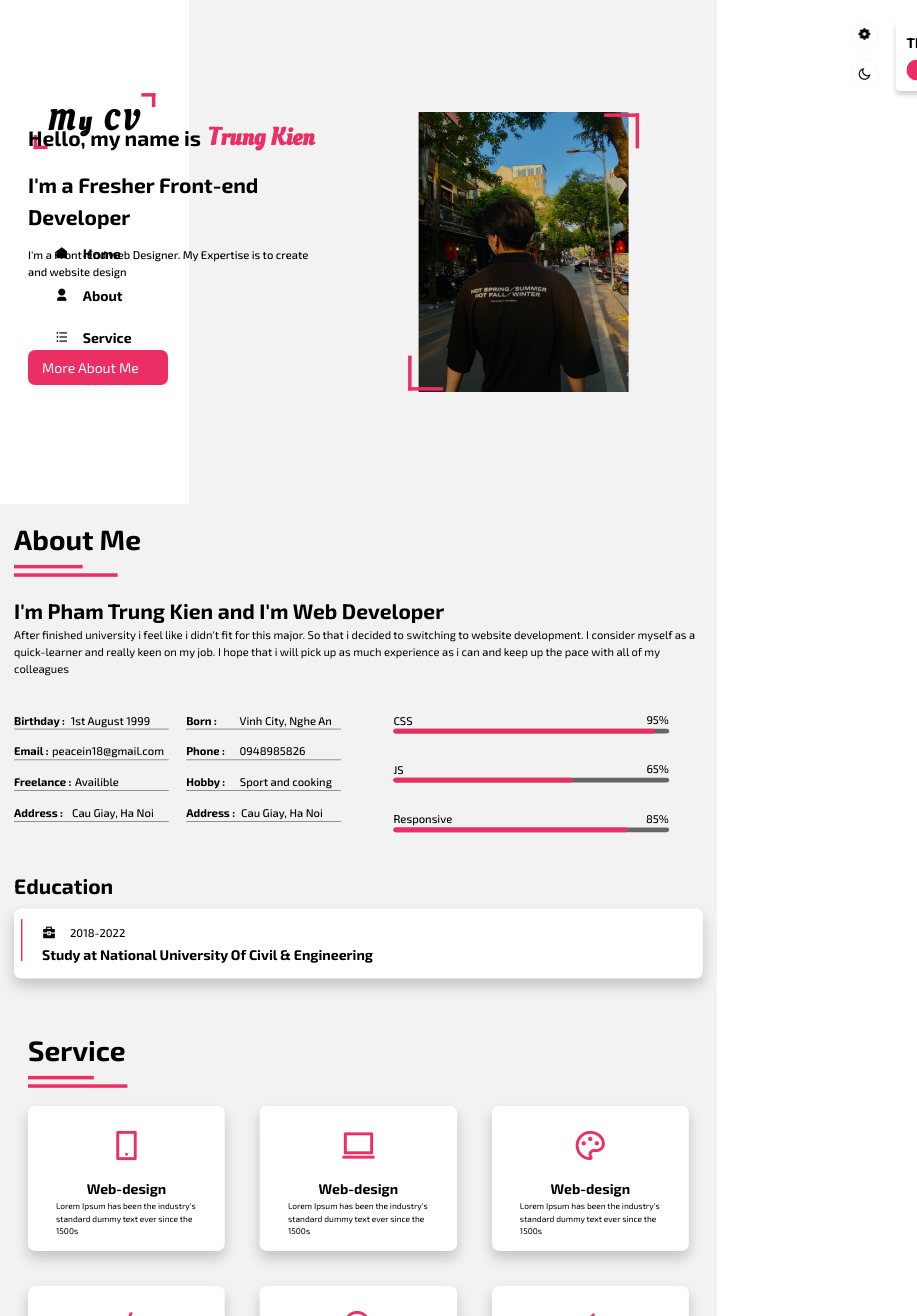
Repository: kien181999/First-Project
Page: index.html
An editor plug-in stored every save of this project. The page is shown before and after the next save, followed by the edit.
The browser window is 1280 px wide. The page is 1280 px wide, then 1310 px, so the pictures cover 1310 px, including what lies to the right of the window. The pictures show the part of the page from y = 0 to 1880 px (the page is 2917 px tall), at 70% of full size.
The style sheet was rebuilt from its Sass, Less or Tailwind sources for each picture, by a compiler version that may differ from the author's.

Above is the page before, as saved 2022-06-05 00:45:49.

### index.html
<!DOCTYPE html>
<html lang="en">

<head>
    <meta charset="UTF-8">
    <meta http-equiv="X-UA-Compatible" content="IE=edge">
    <meta name="viewport" content="width=device-width, initial-scale=1.0">
    <link rel="stylesheet" href="./css/style.css">
    <link href="https://cdn.jsdelivr.net/npm/remixicon@2.5.0/fonts/remixicon.css" rel="stylesheet">
    <title>Document</title>
</head>

<body>

    <div class="container">
        <div class="sidebar">
            <div class="sidebar-title">
                <h1 class="heading-1">My CV</h1>
            </div>
            <div class="sidebar-menu">
                <ul class="sidebar-list">
                    <li class="sidebar-item">
                        <a href="" class="sidebar-link">
                            <i class="ri-home-fill sidebar-icon"></i>
                            <h3 class="heading-3">Home</h3>
                        </a>
                    </li>
                    <li class="sidebar-item">
                        <a href="" class="sidebar-link">
                            <i class="ri-user-3-fill sidebar-icon"></i>
                            <h3 class="heading-3">About</h3>
                        </a>
                    </li>
                    <li class="sidebar-item">
                        <a href="" class="sidebar-link">
                            <i class="ri-list-unordered sidebar-icon"></i>
                            <h3 class="heading-3">Service</h3>
                        </a>
                    </li>
                    <li class="sidebar-item">
                        <a href="" class="sidebar-link">
                            <i class="ri-wechat-line sidebar-icon"></i>
                            <h3 class="heading-3">Contact</h3>
                        </a>
                    </li>
                </ul>
            </div>
        </div>
        <div class="content">
            <section class="home section hidden">
                <div class="home-text">
                    <div class="home-name">
                        <h2 class="heading-2">Hello, my name is </h2>

                        <h2 class="heading-2-secondary">Trung Kien</h2>
                    </div>
                    <div class="home-job">
                        <h2 class="heading-2">I'm a Fresher Front-end Developer</h2>
                    </div>
                    <div class="home-describe">
                        <h4 class="heading-4">I'm a Front-End web Designer. My Expertise is to create and website design
                        </h4>
                    </div>
                    <a href="#contact" class="home-btn">More About Me</a>

                </div>
                <div class="home-img">
                    <img src="./image/IMG_4900.jpeg" alt="" class="home-jpg">
                </div>
            </section>
            <section class="about section hidden">
                <div class="about-title">
                    <h2 class="heading-1-secondary">About Me</h2>
                </div>
                <div class="about-describe">
                    <h3 class="heading-2">I'm Pham Trung Kien and I'm Web Developer</h3>
                    <span class="about-span">
                        After finished university i feel like i didn't fit for this major. So that i decided to
                        switching to website development. I consider myself as a quick-learner and really keen on my
                        job. I hope that i will pick up as much experience as i can and keep up the pace with all of my
                        colleagues
                    </span>
                </div>
                <div class="about-infor">
                    <div class="about-bio">
                        <ul class="about-list">
                            <li class="about-item">
                                <h4 class="heading-4-secondary">Birthday :</h4>
                                <h4 class="heading-4">&nbsp;1st August 1999</h4>
                            </li>
                            <li class="about-item">
                                <h4 class="heading-4-secondary">Born :</h4>
                                <h4 class="heading-4">&emsp;&ensp;&nbsp;Vinh City, Nghe An</h4>
                            </li>
                            <li class="about-item">
                                <h4 class="heading-4-secondary">Email :</h4>
                                <h4 class="heading-4"> peacein18@gmail.com</h4>
                            </li>
                            <li class="about-item">
                                <h4 class="heading-4-secondary">Phone :</h4>
                                <h4 class="heading-4">&emsp;0948985826</h4>
                            </li>
                            <li class="about-item">
                                <h4 class="heading-4-secondary">Freelance :</h4>
                                <h4 class="heading-4">Availible</h4>
                            </li>
                            <li class="about-item">
                                <h4 class="heading-4-secondary">Hobby :</h4>
                                <h4 class="heading-4">&emsp;Sport and cooking</h4>
                            </li>
                            <li class="about-item">
                                <h4 class="heading-4-secondary">Address :</h4>
                                <h4 class="heading-4">&ensp;Cau Giay, Ha Noi</h4>
                            </li>
                            <li class="about-item">
                                <h4 class="heading-4-secondary">Address :</h4>
                                <h4 class="heading-4">&nbsp;Cau Giay, Ha Noi</h4>
                            </li>
                        </ul>
                        <div class="about-ability">
                            <div class="about-ability__item">
                                <h4 class="heading-4">CSS</h4>
                                <div class="about-ability__percent">
                                    <div class="about-ability__progress" style="width: 95%"></div>
                                    <h4 class="heading-4 about-ability__number">95%</h4>
                                </div>
                            </div>
                            <div class="about-ability__item">
                                <h4 class="heading-4">JS</h4>
                                <div class="about-ability__percent">
                                    <div class="about-ability__progress" style="width: 65%"></div>
                                    <h4 class="heading-4 about-ability__number">65%</h4>
                                </div>
                            </div>
                            <div class="about-ability__item">
                                <h4 class="heading-4">Responsive</h4>
                                <div class="about-ability__percent">
                                    <div class="about-ability__progress" style="width: 85%"></div>
                                    <h4 class="heading-4 about-ability__number">85%</h4>
                                </div>
                            </div>
                        </div>
                    </div>
                </div>
                <div class="about-education">
                    <div class="about-education__title">
                        <h2 class="heading-2">Education</h2>
                    </div>
                    <div class="about-education__bio">
                        <div class="about-education__infor">
                            <div class="about-education__timeline">
                                <i class="ri-briefcase-4-fill about-education__icon "></i>
                                <h4 class="heading-4">2018-2022</h4>
                            </div>
                            <div class="about-education-name">
                                <h3 class="heading-3">Study at National University Of Civil & Engineering</h3>
                            </div>
                        </div>
                    </div>
                </div>
            </section>
            <section class="service section hidden">
                <div class="service-title">
                    <h2 class="heading-1-secondary">Service</h2>
                </div>
                <div class="service-list">
                    <div class="service-item">
                        <div class="service-icon">
                            <i class="ri-smartphone-line"></i>
                        </div>
                        <div class="service-name">
                            <h3 class="heading-3">
                                Web-design
                            </h3>
                        </div>
                        <div class="service-info">
                            <span class="service-span">
                                Lorem Ipsum has been the industry's standard dummy text ever since the 1500s
                            </span>
                        </div>
                    </div>
                    <div class="service-item">
                        <div class="service-icon">
                            <i class="ri-macbook-line"></i>
                        </div>
                        <div class="service-name">
                            <h3 class="heading-3">
                                Web-design
                            </h3>
                        </div>
                        <div class="service-info">
                            <span class="service-span">
                                Lorem Ipsum has been the industry's standard dummy text ever since the 1500s
                            </span>
                        </div>
                    </div>
                    <div class="service-item">
                        <div class="service-icon">
                            <i class="ri-palette-line"></i>
                        </div>
                        <div class="service-name">
                            <h3 class="heading-3">
                                Web-design
                            </h3>
                        </div>
                        <div class="service-info">
                            <span class="service-span">
                                Lorem Ipsum has been the industry's standard dummy text ever since the 1500s
                            </span>
                        </div>
                    </div>
                    <div class="service-item">
                        <div class="service-icon">
                            <i class="ri-code-s-slash-fill"></i>
                        </div>
                        <div class="service-name">
                            <h3 class="heading-3">
                                Web-design
                            </h3>
                        </div>
                        <div class="service-info">
                            <span class="service-span">
                                Lorem Ipsum has been the industry's standard dummy text ever since the 1500s
                            </span>
                        </div>
                    </div>
                    <div class="service-item">
                        <div class="service-icon">
                            <i class="ri-search-line"></i>
                        </div>
                        <div class="service-name">
                            <h3 class="heading-3">
                                Web-design
                            </h3>
                        </div>
                        <div class="service-info">
                            <span class="service-span">
                                orem Ipsum is simply dummy text of the printing and typesetting industry.
                            </span>
                        </div>
                    </div>
                    <div class="service-item">
                        <div class="service-icon">
                            <i class="ri-volume-down-fill"></i>
                        </div>
                        <div class="service-name">
                            <h3 class="heading-3">
                                Web-design
                            </h3>
                        </div>
                        <div class="service-info">
                            <span class="service-span">
                                orem Ipsum is simply dummy text of the printing and typesetting industry.
                            </span>
                        </div>
                    </div>

                </div>
            </section>
            <section class="contact section">
                <div class="contact-title">
                    <h1 class="heading-1-secondary">Contact Me</h1>
                </div>
                <div class="contact-content">
                    <div class="contact-question">
                        <h2 class="heading-2-primary">Have You Any Question ?</h2>
                        <h3 class="heading-3">I'm At Your Services</h3>
                    </div>
                    <div class="contact-list">
                        <div class="contact-link">
                            <div class="contact-icon">
                                <i class="ri-phone-fill"></i>
                            </div>
                            <div class="contact-name">
                                <h4 class="heading-4-secondary">Contact Me On</h4>
                            </div>
                            <div class="contact-address">
                                <h4 class="heading-4">0948985826</h4>
                            </div>
                        </div>
                        <div class="contact-link">
                            <div class="contact-icon">
                                <i class="ri-map-pin-2-fill"></i>
                            </div>
                            <div class="contact-name">
                                <h4 class="heading-4-secondary">Location</h4>
                            </div>
                            <div class="contact-address">
                                <h4 class="heading-4">Cau Giay,Ha Noi</h4>
                            </div>
                        </div>
                        <div class="contact-link">
                            <div class="contact-icon">
                                <i class="ri-mail-line"></i>
                            </div>
                            <div class="contact-name">
                                <h4 class="heading-4-secondary">Email</h4>
                            </div>
                            <div class="contact-address">
                                <h4 class="heading-4">peacein18@gmail.com</h4>
                            </div>
                        </div>
                        <div class="contact-link">
                            <div class="contact-icon">
                                <i class="ri-global-line"></i>
                            </div>
                            <div class="contact-name">
                                <h4 class="heading-4-secondary">Website</h4>
                            </div>
                            <div class="contact-address">
                                <h4 class="heading-4">0948985826</h4>
                            </div>
                        </div>
                    </div>
                    <h2 class="heading-2-primary contact-title" style="margin-bottom: 0rem;">Send Me A Email</h2>
                    <h3 class="heading-3 contact-sub-title" style="margin-bottom: 3rem;">I'm Very Resposive To Message</h3>
                    <div class="contact-form">
                        <div class="contact-form__item">
                            <input type="text" class="contact-form__control" placeholder="Name">
                        </div>
                        <div class="contact-form__item">
                            <input type="email" class="contact-form__control" placeholder="Email">
                        </div>
                    </div>
                    <div class="contact-form">
                        <textarea name="text" class="contact-form__message" id="" placeholder="Message"></textarea>
                    </div>
                    <a href="" class="contact-btn">Send Me</a>
                </div>
            </section>
        </div>
        <div class="style-switcher">
            <div class="style-switcher-toggler s-icon">
                <i class="ri-settings-5-fill"></i>
            </div>
            <div class="day-night s-icon">
                <i class="ri-moon-line"></i>
            </div>
            <h4>Theme Color</h4>
            <div class="colors">
                <span class="theme-button" data-color="#eb2f64" style="background: #eb2f64"></span>
                <span class="theme-button" data-color="#168616" style="background: #168616"></span>
                <span class="theme-button" data-color="#ec7411" style="background: #ec7411"></span>
                <span class="theme-button" data-color="#8e44ad" style="background: #8e44ad"></span>
                <span class="theme-button" data-color="#2f2ff1" style="background: #2f2ff1"></span>
            </div>
        </div>
    </div>

    <script src="main.js"></script>
</body>

</html>

### sass/main.scss
@import 'base';
@import 'typography';
@import 'variables';
@import 'sidebar';
@import 'content';
@import 'home';
@import 'about';
@import 'service';
@import 'contact';
@import 'switch';

### sass/_base.scss
@import url('https://fonts.googleapis.com/css2?family=Oleo+Script&display=swap');
@import url('https://fonts.googleapis.com/css2?family=Exo+2:ital,wght@0,400;0,500;0,700;1,600&family=Oleo+Script&display=swap');


*{
    margin: 0;
    padding: 0;
    outline: none;
    text-decoration: none;
    box-sizing: border-box;
}

::before,::after{
    box-sizing: border-box;
}

html{
    box-sizing: border-box;
    font-size: 62.5%;
}
body.dark{
    --black-color: rgb(250, 246, 246);
    --light-black-color: #333;
    --white-color: rgb(2, 2, 2);
    --light-grey-color-1: #666;
    --light-grey-color-2: rgb(41, 40, 40);

}

body
{
    margin: 0;
    padding: 0;
    line-height: 1.5;
}
.container{
    display: flex;
}
// .hidden{
//     display: none !important;
// }

### sass/_typography.scss
.heading-1{
    font-family: var(--side-font);
    font-size: 4rem;
    color: var(--black-color);
    letter-spacing: .5rem;
}
.heading-1-secondary{
    font-family: var(--body-font);
    font-size: 4rem;
    color: var(--black-color);
    font-weight: 700;
    position: relative;
    &::before{
        position: absolute;
        content: "";
        left: 0;
        bottom: -20%;
        height: .5rem;
        width: 10%;
        background-color: var(--pink-color);
    }
    &::after{
        position: absolute;
        content: "";
        left: 0;
        bottom: -40%;
        height: .5rem;
        width: 15%;
        background-color: var(--pink-color);
    }
}
.heading-2{
    font-family: var(--body-font);
    font-size: 3rem;
    color: var(--black-color);
    font-weight: 600;
}
.heading-2-primary{
    font-family: var(--body-font);
    font-size: 3rem;
    color: var(--pink-color);
    font-weight: 600;
}
.heading-2-secondary{
    font-family: var(--side-font);
    color: var(--pink-color);
    font-size: 3.5rem;
    margin-left: 1rem;
}
.heading-3{
    font-family: var(--body-font);
    font-size: 2rem;
    color: var(--black-color);
}
.heading-4{
    font-family: var(--body-font);
    font-size: 1.6rem;
    color: var(--black-color);
    font-weight: 500;
}
.heading-4-secondary{
    font-family: var(--body-font);
    font-size: 1.6rem;
    color: var(--black-color);
    font-weight: 700;
}

### sass/_variables.scss
:root{
    --body-font: 'Exo 2', sans-serif;
    --side-font: 'Oleo Script', cursive;
    --black-color: rgb(0, 0 ,0);
    --light-black-color: #333;
    --white-color: #fff;
    --light-grey-color-1: #666;
    --light-grey-color-2: rgb(243, 242, 242);
    --pink-color: #eb2f64;
}

### sass/_content.scss
.content{
  background-color: var(--light-grey-color-2);
  height: 100%;
  flex: 0 0 80%;
}
.section{
    padding: 3rem 4rem;
    min-height: 100vh;
    position: relative;
}

### sass/_home.scss
.home{
    display: flex;
    &-img{
        display:grid;
        padding: 1rem;
        flex: 0 0 50%;
        position: relative;
        place-items: center;
        &::before{
            content: '';
            position: absolute;
            width: 5rem;
            height: 5rem;
            border-bottom: 5px solid var(--pink-color) ;
            border-left: 5px solid var(--pink-color) ;
            bottom: 20%;
            left: 15%;
        }
        &::after{
            content: '';
            position: absolute;
            width: 5rem;
            height: 5rem;
            border-top: 5px solid var(--pink-color) ;
            border-right: 5px solid var(--pink-color) ;
            top: 20%;
            right: 15%;
        }
    }
    &-jpg{
        height: 40rem;
        width: 30rem;

    }
    &-text{
        display: flex;
        flex-direction: column;
        justify-content: center;
        margin-right: 5rem;
    }
    &-name{
        display: flex;

        align-items: center;
        margin-bottom: 2rem;
    }
    &-job{
        margin-bottom: 2rem;
    }
    &-describe{
        margin-bottom: 10rem;
    }
    &-btn{
        padding: 1rem 2rem;
        font-size: 2rem;
        font-family: var(--body-font);
        color: var(--white-color);
        background-color: var(--pink-color);
        width: 20rem;
        border-radius: 10px;
        transition: all .2s;
        &:hover{
            transform: translateY(-3px);
            box-shadow: 0 10px 20px rgba(0,0,0,.2);
        }
    }
}

### sass/_service.scss
.service{
    &-title{
        margin-bottom: 5rem;
    }
    &-list{
        display: grid;
        gap: 5rem;
        grid-template-columns: auto auto auto;
    }
    &-item{
        padding: 2rem 4rem;
        border-radius: 10px;
        box-shadow: 0 10px 20px rgba(0,0,0,.2);
        background-color: var(--white-color);
        display: flex;
        flex-direction: column;
        justify-content: center;
        align-items: center;
    }
    &-icon{
        font-size: 5rem;
        color: var(--pink-color);
    }
    &-span{
        font-size: 1.2rem;
        font-family: var(--body-font);
        color: var(--black-color);
    }
}

Loaded but not shown: main.js (30 lines, source omitted); sass/_about.scss (116 lines, source omitted); sass/_sidebar.scss (80 lines, source omitted); sass/_contact.scss (76 lines, source omitted); sass/_switch.scss (74 lines, source omitted)

After the next save:
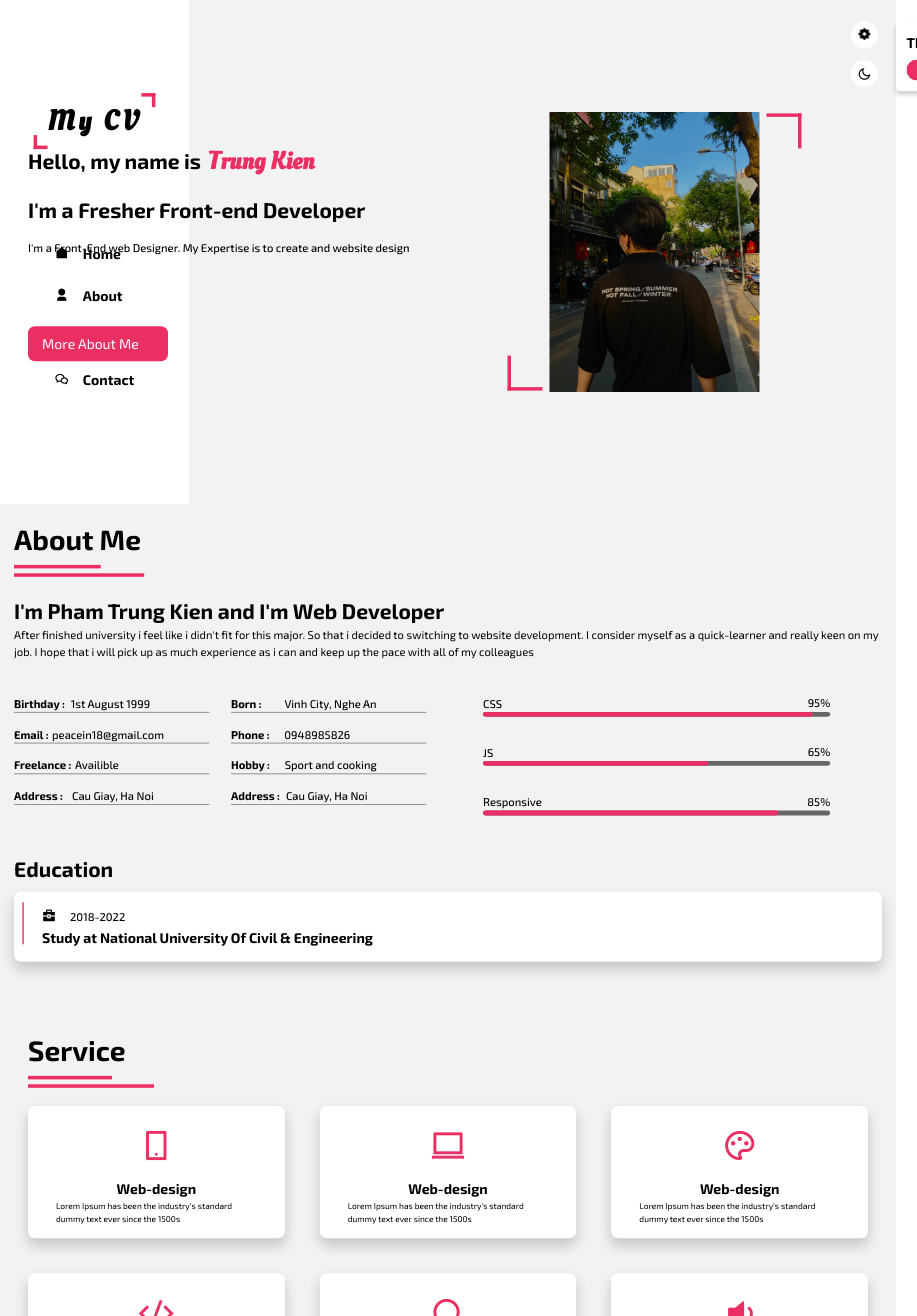
Saved 9 s later.
--- a/sass/_content.scss
+++ b/sass/_content.scss
@@ -1,7 +1,6 @@
 .content{
   background-color: var(--light-grey-color-2);
   height: 100%;
-  flex: 0 0 80%;
 }
 .section{
     padding: 3rem 4rem;
